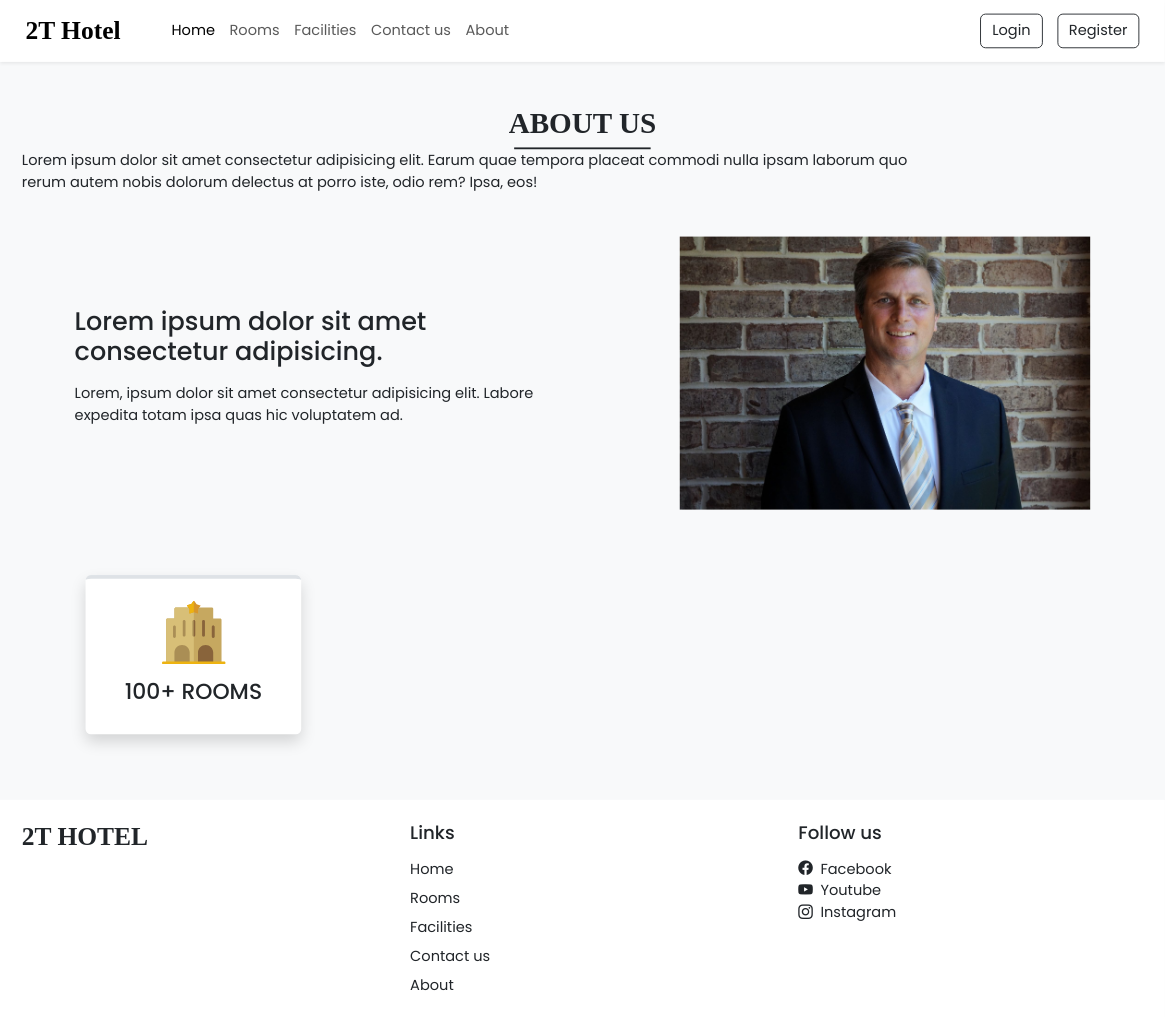
Repository: TaTongThanh2003/DoAnCoSo2024_BookingHotelWebsite
Page: http://localhost/about.php
An editor plug-in stored every save of this project. The page is shown before and after the next save, followed by the edit.
The browser window is 1280 px wide. The pictures show the whole page, at 91% of full size.
Some web fonts or font styles are not loaded; a fallback is used. The page is run by PHP 8.4 with error messages shown; the project is at /var/www/html/.

Above is the page before, as saved 2024-03-19 00:23:17.

### WebsiteBookingHotel/about.php
<!DOCTYPE html>
<html lang="en">

<head>
    <meta charset="UTF-8">
    <meta http-equiv="X-UA-Compatible" content="IE-edge">
    <meta name="viewport" content="width=device-width, initial-scale=1.0">
    <title>2T Hotel - ABOUT</title>
    <?php require('inc/links.php'); ?>
    <style>
    .pop:hover {
        border-top-color: var(--teal) !important;
        transform: scale(1.03);
        transition: all 0.3s;
    }
    </style>
    <link rel="stylesheet" href="https://cdn.jsdelivr.net/npm/swiper@11/swiper-bundle.min.css" />
    <style>
    @media screen and (max-width: 575px) {
        .availability-form {
            margin: 25px;
            padding: 0 35px;
        }
    }

    .box {
        border-top-color: var(--teal);
    }
    </style>
</head>

<body class="bg-light">
    <?php require('inc/header.php'); ?>

    <div class="my-5 px-4">
        <h2 class="fw-bold h-font text-center">ABOUT US</h2>
        <div class="h-line bg-dark"></div>
        <p>Lorem ipsum dolor sit amet consectetur adipisicing elit. Earum quae tempora placeat commodi nulla ipsam
            laborum quo <br> rerum autem nobis dolorum delectus at porro iste, odio rem? Ipsa, eos!</p>
    </div>
    <div class="container">
        <div class="row justify-content-between align-items-center">
            <div class="col-lg-6 col-md-5 mb-4 order-lg-1 order-md-1 order-2">
                <h3 class="mb-3">Lorem ipsum dolor sit amet consectetur adipisicing.</h3>
                <p>Lorem, ipsum dolor sit amet consectetur adipisicing elit. Labore expedita totam ipsa quas hic
                    voluptatem ad.</p>
            </div>
            <div class="col-lg-5 col-md-5 mb-4 order-lg-2 order-md-2 order-1">
                <img src="images/about/about.jpg" class="w-100">
            </div>
        </div>
    </div>
    <div class="container mt-5">
        <div class="row">
            <div class="col-lg-3 col-md-6 mb-4 px-4">
                <div class="bg-white rounded shadow p-4 border-top border-4 text-center box">
                    <img src="images/about/hotel.svg" width="70px">
                    <h4 class="mt-3">100+ ROOMS</h4>
                </div>
            </div>
        </div>
    </div>

    <!-- footer -->
    <?php require('inc/footer.php'); ?>




    <!-- <script src="https://cdn.jsdelivr.net/npm/swiper@11/swiper-bundle.min.js"></script>
    <script src="https://cdn.jsdelivr.net/npm/bootstrap@5.3.3/dist/js/bootstrap.bundle.min.js"
        integrity="sha384-YvpcrYf0tY3lHB60NNkmXc5s9fDVZLESaAA55NDzOxhy9GkcIdslK1eN7N6jIeHz" crossorigin="anonymous">
    </script> -->
    <!-- <script>
    var swiper = new Swiper(".swiper-container", {
        spaceBetween: 30,
        effect: "fade",
        loop: true,
        autoplay: {
            delay: 3500,
            disableOnInteraction: false,
        }
    });
    var swiper = new Swiper(".swiper-testimonials", {
        effect: "coverflow",
        grabCursor: true,
        centeredSlides: true,
        slidesPerView: "auto",
        slidesPerView: "3",
        loop: true,
        coverflowEffect: {
            rotate: 50,
            stretch: 0,
            depth: 100,
            modifier: 1,
            slideShadows: false,
        },
        pagination: {
            el: ".swiper-pagination",
        },
        breakpoints: {
            320: {
                slidesPerView: 1,
            },
            640: {
                slidesPerView: 1,
            },
            768: {
                slidesPerView: 2,
            },
            1024: {
                slidesPerView: 3,
            },
        }
    });
    </script> -->
</body>

</html>

### WebsiteBookingHotel/inc/links.php
<link href="https://cdn.jsdelivr.net/npm/bootstrap@5.3.3/dist/css/bootstrap.min.css" rel="stylesheet"
    integrity="sha384-QWTKZyjpPEjISv5WaRU9OFeRpok6YctnYmDr5pNlyT2bRjXh0JMhjY6hW+ALEwIH" crossorigin="anonymous">
<link href="https://fonts.googleapis.com/css2?family=Merienda:wght@400;700&family=Poppins:wght@400;500;600&display=swap"
    rel="stylesheet">
<link rel="stylesheet" href="https://cdn.jsdelivr.net/npm/bootstrap-icons@1.11.3/font/bootstrap-icons.min.css">
<link rel="stylesheet" href="css/common.css">

### WebsiteBookingHotel/inc/header.php
<nav class="navbar navbar-expand-lg navbar-light bg-white px-lg-3 py-lg-2 shadow-sm sticky-top">
    <div class="container-fluid">
        <a class="navbar-brand me-5 fw-bold fs-3 h-font" href="index.php">2T Hotel</a>
        <button class="navbar-toggler shadow-none" type="button" data-bs-toggle="collapse"
            data-bs-target="#navbarSupportedContent" aria-controls="navbarSupportedContent" aria-expanded="false"
            aria-label="Toggle navigation">
            <span class="navbar-toggler-icon"></span>
        </button>
        <div class="collapse navbar-collapse" id="navbarSupportedContent">
            <ul class="navbar-nav me-auto mb-2 mb-lg-0">
                <li class="nav-item">
                    <a class="nav-link active" aria-current="page" href="index.php">Home</a>
                </li>
                <li class="nav-item">
                    <a class="nav-link" href="#">Rooms</a>
                </li>
                <li class="nav-item">
                    <a class="nav-link" href="facilities.php">Facilities</a>
                </li>
                <li class="nav-item">
                    <a class="nav-link" href="#">Contact us</a>
                </li>
                <li class="nav-item">
                    <a class="nav-link" href="about.php">About</a>
                </li>
            </ul>
            <div class="d-flex">
                <button type="button" class="btn btn-outline-dark shadow-none me-lg-3 me-2" data-bs-toggle="modal"
                    data-bs-target="#loginModal">
                    Login
                </button>
                <button type="button" class="btn btn-outline-dark shadow-none " data-bs-toggle="modal"
                    data-bs-target="#registerModal">
                    Register
                </button>
            </div>
        </div>
    </div>
</nav>

<!-- login -->
<div class="modal fade" id="loginModal" data-bs-backdrop="static" data-bs-keyboard="false" tabindex="-1"
    aria-labelledby="staticBackdropLabel" aria-hidden="true">
    <div class="modal-dialog">
        <div class="modal-content">
            <form>
                <div class="modal-header">
                    <h5 class="modal-title d-flex align-item-center">
                        <i class="bi bi-person-circle fs-5 me-2"></i> User login
                    </h5>
                    <button type="reset" class="btn-close shadow-none" data-bs-dismiss="modal"
                        aria-label="Close"></button>
                </div>
                <div class="modal-body">
                    <div class="mb-3">
                        <label class="form-label">Email address</label>
                        <input type="email" class="form-control shadow-none">
                    </div>
                    <div class="mb-4">
                        <label class="form-label">Password</label>
                        <input type="password" class="form-control shadow-none">
                    </div>
                    <div class="d-flex align-items-center justify-content-between mb-2">
                        <button type="submit" class="btn btn-dark shadow-none">LOGIN</button>
                        <a href="javascript: void(0)" class="text-secondary text-decoration-none">Forgot
                            Password?</a>
                    </div>
                </div>
            </form>
        </div>
    </div>
</div>

<!-- Register -->
<div class="modal fade" id="registerModal" data-bs-backdrop="static" data-bs-keyboard="false" tabindex="-1"
    aria-labelledby="staticBackdropLabel" aria-hidden="true">
    <div class="modal-dialog modal-lg">
        <div class="modal-content">
            <form>
                <div class="modal-header">
                    <h5 class="modal-title d-flex align-item-center">
                        <i class="bi bi-person-lines-fill fs-5 me-2"></i>
                        User Registration
                    </h5>
                    <button type="reset" class="btn-close shadow-none" data-bs-dismiss="modal"
                        aria-label="Close"></button>
                </div>
                <div class="modal-body">
                    <span class="badge rounded-pill bg-light text-dark mb-3 text-wrap lh-base">
                        Note: Your details must match with your ID (Aadhar card, passport, driving license, etc.)
                        that will be required dring check-in.
                    </span>
                    <div class="container-fluid">
                        <div class="row">
                            <!-- Name -->
                            <div class="col-md-6 ps-0 mb-3">
                                <label class="form-label">Name</label>
                                <input type="text" class="form-control shadow-none">
                            </div>
                            <!-- Email -->
                            <div class="col-md-6 p-0 mb-3">
                                <label class="form-label">Email</label>
                                <input type="email" class="form-control shadow-none">
                            </div>
                            <!-- Phone Number -->
                            <div class="col-md-6 ps-0 mb-3">
                                <label class="form-label">Phone Number</label>
                                <input type="number" class="form-control shadow-none">
                            </div>
                            <!-- Picture -->
                            <div class="col-md-6 p-0 mb-3">
                                <label class="form-label">Picture</label>
                                <input type="file" class="form-control shadow-none">
                            </div>
                            <!-- Address -->
                            <div class="col-md-12 p-0 mb-3">
                                <label class="form-label">Address</label>
                                <textarea class="form-control shadow-none" rows="1"></textarea>
                            </div>
                            <!-- Pincode -->
                            <div class="col-md-6 ps-0 mb-3">
                                <label class="form-label">Pincode</label>
                                <input type="number" class="form-control shadow-none">
                            </div>
                            <!-- Date of birth -->
                            <div class="col-md-6 p-0 mb-3">
                                <label class="form-label">Date of birth</label>
                                <input type="date" class="form-control shadow-none">
                            </div>
                            <!-- Password -->
                            <div class="col-md-6 ps-0 mb-3">
                                <label class="form-label">Password</label>
                                <input type="password" class="form-control shadow-none">
                            </div>
                            <!-- Comfirm Password -->
                            <div class="col-md-6 p-0 mb-3">
                                <label class="form-label">Comfirm Password</label>
                                <input type="password" class="form-control shadow-none">
                            </div>
                        </div>
                    </div>
                    <div class="text-center my-1">
                        <button type="submit" class="btn btn-dark shadow-none">REGISTER</button>
                    </div>
                </div>
            </form>
        </div>
    </div>
</div>

### WebsiteBookingHotel/inc/footer.php
<div class="container-fluid bg-white mt-5">
    <div class="row">
        <div class="col-lg-4 p-4">
            <h3 class="h-font fw-bold fs-3">2T HOTEL</h3>
            <p>

            </p>
        </div>
        <div class="col-lg-4 p-4">
            <h5 class="mb-3">Links</h5>
            <a href="#" class="d-inline-block mb-2 text-dark text-decoration-none">Home</a><br>
            <a href="#" class="d-inline-block mb-2 text-dark text-decoration-none">Rooms</a><br>
            <a href="#" class="d-inline-block mb-2 text-dark text-decoration-none">Facilities</a><br>
            <a href="#" class="d-inline-block mb-2 text-dark text-decoration-none">Contact us</a><br>
            <a href="#" class="d-inline-block mb-2 text-dark text-decoration-none">About</a>
        </div>
        <div class="col-lg-4 p-4">
            <h5 class="mb-3">Follow us</h5>
            <a href="#" class="d-inline-block text-dark text-decoration-none md-2">
                <i class="bi bi-facebook me-1"></i> Facebook
            </a><br>
            <a href="#" class="d-inline-block text-dark text-decoration-none md-2">
                <i class="bi bi-youtube me-1"></i> Youtube
            </a><br>
            <a href="#" class="d-inline-block text-dark text-decoration-none ">
                <i class="bi bi-instagram me-1"></i> Instagram
            </a><br>
        </div>
    </div>
</div>

### WebsiteBookingHotel/css/common.css
:root{
    --teal: #2ec1ac;
    --teal_hover: #279e8c;
}

* {
    font-family: 'Poppins', sans-serif;
}

.h-font {
    font-family: 'Merienda', cursive;
}

input::-webkit-outer-spin-button,
input::-webkit-inner-spin-button {
    -webkit-appearance: none;
    margin: 0;
}

/* input[type=number] {
    -moz-appearance: textfield;
} */

.custom-bg {
    background-color: var(--teal);
    border: 1px solid var(--teal);
}

.custom-bg:hover {
    background-color: var(--teal_hover);
    border-color: var(--teal_hover);
}

.availability-form {
    margin-top: -50px;
    z-index: 2;
    position: relative;
}
.h-line{
    width: 150px ;
    margin: 0 auto;
    height: 1.7px;
}

### WebsiteBookingHotel/images/about/hotel.svg
<?xml version="1.0" encoding="iso-8859-1"?>
<!-- Generator: Adobe Illustrator 19.0.0, SVG Export Plug-In . SVG Version: 6.00 Build 0)  -->
<svg version="1.1" id="Layer_1" xmlns="http://www.w3.org/2000/svg" xmlns:xlink="http://www.w3.org/1999/xlink" x="0px" y="0px"
	 viewBox="0 0 512 512" style="enable-background:new 0 0 512 512;" xml:space="preserve">
<path style="fill:#C6A860;" d="M33.391,511.998V155.824c0-6.147,4.983-11.13,11.13-11.13h55.652V66.781
	c0-6.147,4.983-11.13,11.13-11.13h100.174h89.043h100.174c6.147,0,11.13,4.983,11.13,11.13v77.913h55.652
	c6.147,0,11.13,4.983,11.13,11.13v356.174H33.391z"/>
<path style="fill:#D8BF77;" d="M256,511.998H33.391V155.824c0-6.147,4.983-11.13,11.13-11.13h55.652V66.781
	c0-6.147,4.983-11.13,11.13-11.13h100.174H256V511.998z"/>
<path style="fill:#AA8E55;" d="M222.609,417.39v94.609H100.174V417.39c0-33.81,27.408-61.217,61.217-61.217l0,0
	C195.201,356.172,222.609,383.58,222.609,417.39z M111.304,289.39v-77.913c0-6.147-4.983-11.13-11.13-11.13
	c-6.147,0-11.13,4.983-11.13,11.13v77.913c0,6.147,4.983,11.13,11.13,11.13C106.321,300.52,111.304,295.537,111.304,289.39z
	 M178.087,289.39c6.147,0,11.13-4.983,11.13-11.13V166.955c0-6.147-4.983-11.13-11.13-11.13c-6.147,0-11.13,4.983-11.13,11.13
	v111.304C166.957,284.406,171.94,289.39,178.087,289.39z M256,155.824c-6.147,0-11.13,4.983-11.13,11.13v111.304
	c0,6.147,4.983,11.13,11.13,11.13s11.13-4.983,11.13-11.13V166.955C267.13,160.807,262.147,155.824,256,155.824z M333.913,155.824
	c-6.147,0-11.13,4.983-11.13,11.13v111.304c0,6.147,4.983,11.13,11.13,11.13s11.13-4.983,11.13-11.13V166.955
	C345.043,160.807,340.06,155.824,333.913,155.824z M411.826,200.346c-6.147,0-11.13,4.983-11.13,11.13v77.913
	c0,6.147,4.983,11.13,11.13,11.13c6.147,0,11.13-4.983,11.13-11.13v-77.913C422.957,205.329,417.973,200.346,411.826,200.346z"/>
<path style="fill:#89643B;" d="M411.826,417.39v94.609H289.391V417.39c0-33.81,27.408-61.217,61.217-61.217l0,0
	C384.418,356.172,411.826,383.58,411.826,417.39z M333.913,289.39c6.147,0,11.13-4.983,11.13-11.13V166.955
	c0-6.147-4.983-11.13-11.13-11.13s-11.13,4.983-11.13,11.13v111.304C322.783,284.406,327.766,289.39,333.913,289.39z
	 M411.826,200.346c-6.147,0-11.13,4.983-11.13,11.13v77.913c0,6.147,4.983,11.13,11.13,11.13c6.147,0,11.13-4.983,11.13-11.13
	v-77.913C422.957,205.329,417.972,200.346,411.826,200.346z M256,155.824V289.39c6.147,0,11.13-4.983,11.13-11.13V166.955
	C267.13,160.807,262.146,155.824,256,155.824z"/>
<path style="fill:#D8962B;" d="M310.189,42.144l-19.549,26.143c-0.285,0.382-0.441,0.845-0.443,1.321l-0.177,32.643
	c-0.008,1.52-1.504,2.586-2.943,2.096l-30.904-10.514c-0.451-0.154-0.939-0.158-1.394-0.013l-31.1,9.919
	c-1.448,0.462-2.923-0.631-2.903-2.152l0.45-32.64c0.007-0.476-0.14-0.943-0.417-1.329l-19.044-26.513
	c-0.887-1.234-0.303-2.975,1.15-3.425l30.481-9.442c0.91-0.282,1.706-0.848,2.271-1.616L254.562,0.91
	c0.9-1.225,2.736-1.208,3.613,0.035l18.823,26.671c0.275,0.39,0.667,0.68,1.12,0.83l30.99,10.256
	C310.548,39.174,311.099,40.926,310.189,42.144z"/>
<path style="fill:#EDB311;" d="M201.775,41.104c-0.887-1.234-0.303-2.975,1.15-3.425l30.481-9.443
	c0.91-0.282,1.706-0.848,2.271-1.616l18.895-25.714c0.364-0.496,0.884-0.778,1.429-0.867v93.762
	c-0.398-0.099-0.816-0.108-1.21,0.018l-31.1,9.919c-1.448,0.462-2.923-0.631-2.903-2.152l0.45-32.64
	c0.007-0.476-0.14-0.943-0.417-1.329L201.775,41.104z M500.87,489.737H11.13c-6.147,0-11.13,4.983-11.13,11.13
	c0,6.147,4.983,11.13,11.13,11.13H500.87c6.147,0,11.13-4.983,11.13-11.13C512,494.72,507.017,489.737,500.87,489.737z"/>
<g>
</g>
<g>
</g>
<g>
</g>
<g>
</g>
<g>
</g>
<g>
</g>
<g>
</g>
<g>
</g>
<g>
</g>
<g>
</g>
<g>
</g>
<g>
</g>
<g>
</g>
<g>
</g>
<g>
</g>
</svg>

After the next save:
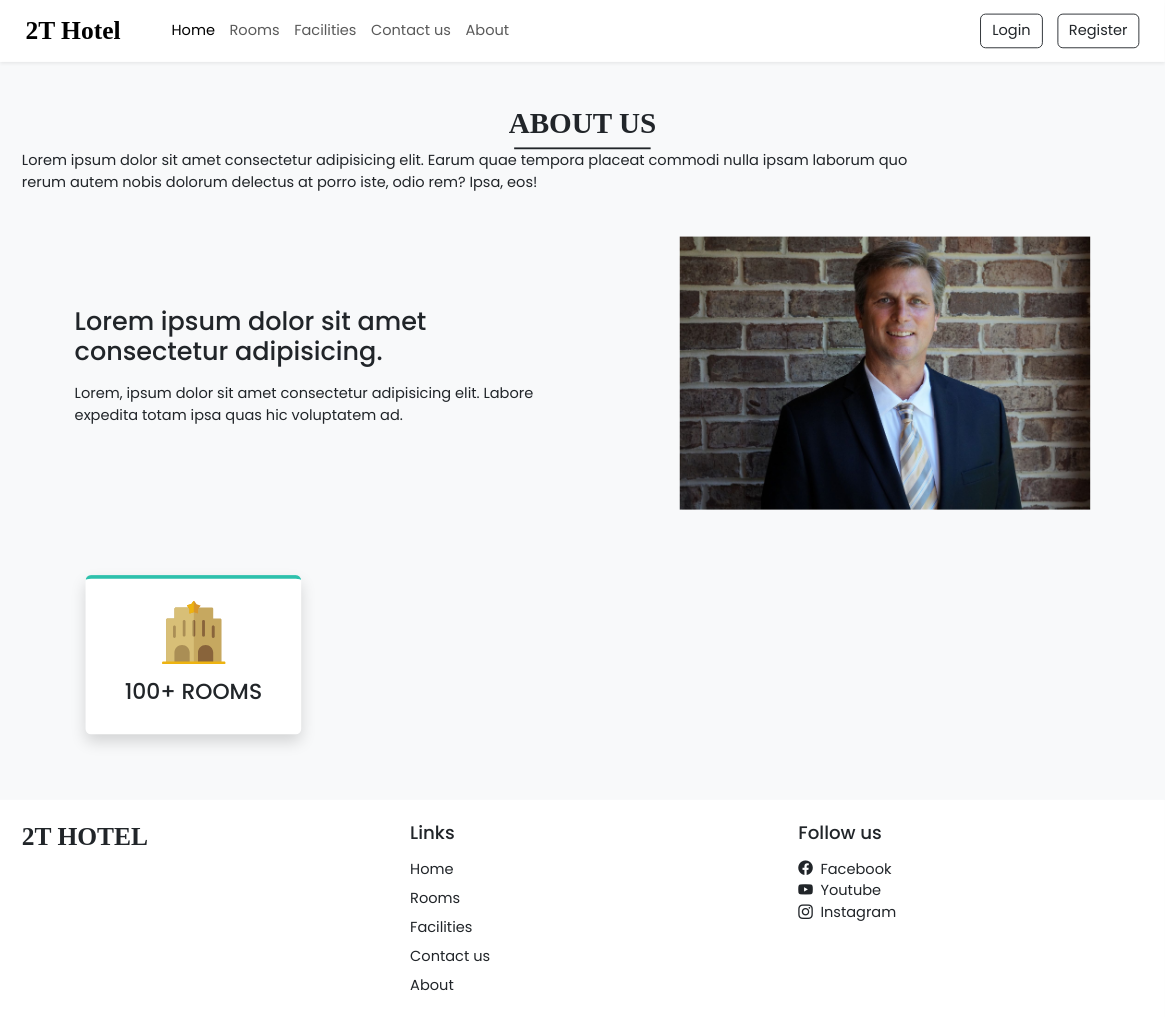
Saved 23 s later.
--- a/WebsiteBookingHotel/about.php
+++ b/WebsiteBookingHotel/about.php
@@ -24,7 +24,7 @@
     }
 
     .box {
-        border-top-color: var(--teal);
+        border-top-color: var(--teal) !important;
     }
     </style>
 </head>
